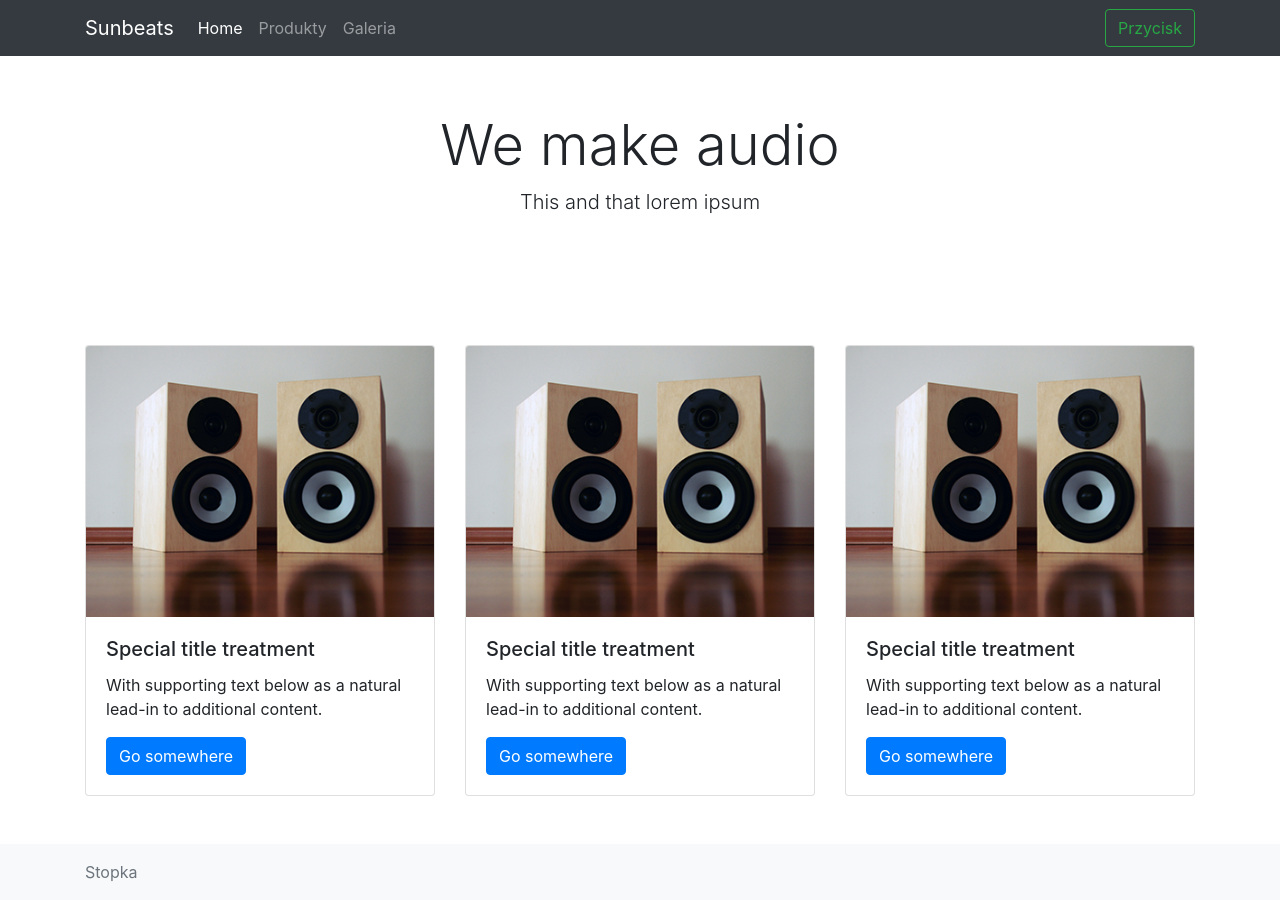
Repository: Audio-site/sunbeats
Page: index.html
An editor plug-in stored every save of this project. The page is shown before and after the next save, followed by the edit.
The browser window is 1280 px wide. The pictures show the whole page.

Above is the page before, as saved 2020-08-25 01:06:46.

After the next save:
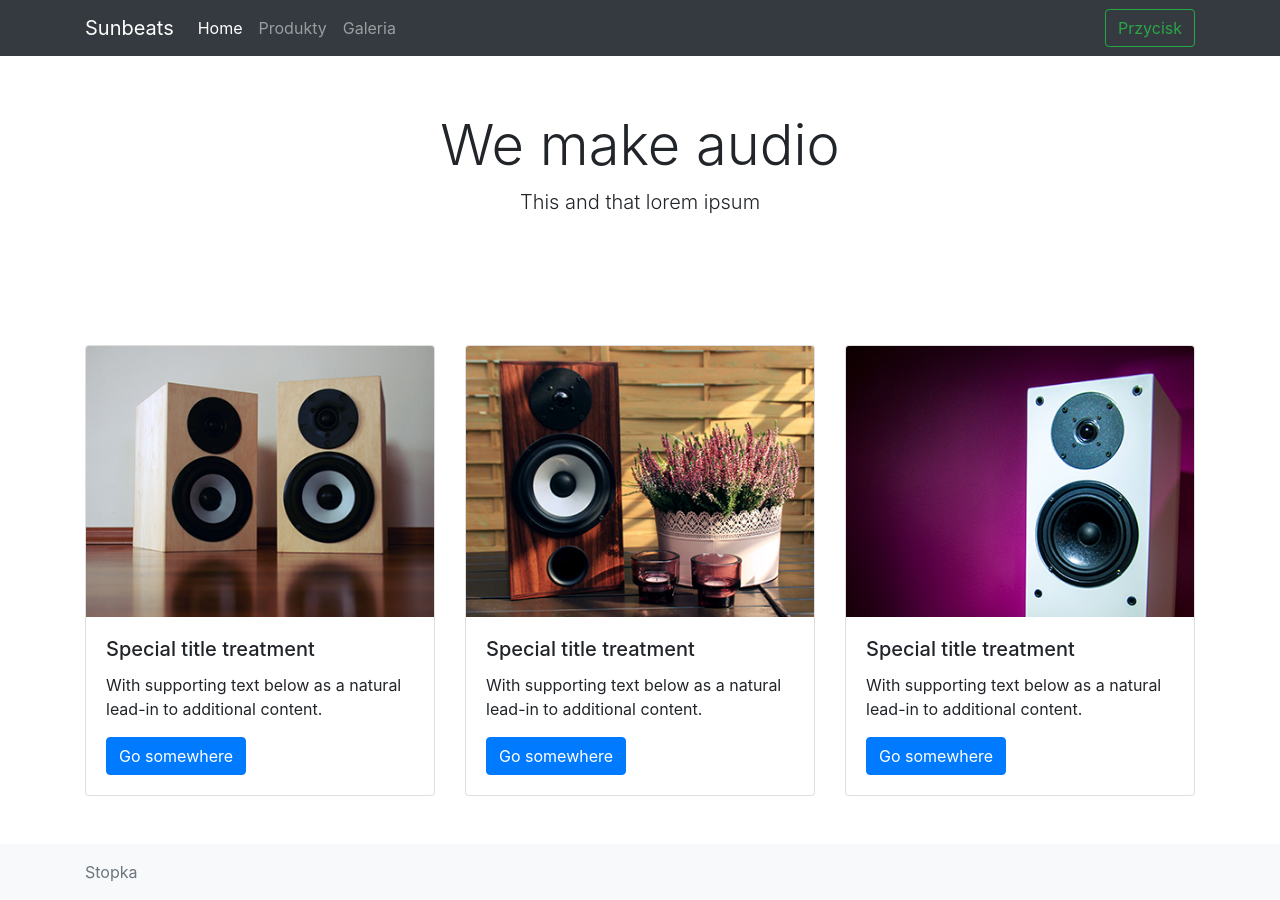
Saved 5 s later.
--- a/index.html
+++ b/index.html
@@ -69,7 +69,7 @@
           </div>
           <div class="col-sm-4">
             <div class="card">
-              <img src="../assets/img/a.jpg" class="card-img-top" alt="...">
+              <img src="../assets/img/b.jpg" class="card-img-top" alt="...">
               <div class="card-body">
                 <h5 class="card-title">Special title treatment</h5>
                 <p class="card-text">With supporting text below as a natural lead-in to additional content.</p>
@@ -79,7 +79,7 @@
           </div>
           <div class="col-sm-4">
             <div class="card">
-              <img src="../assets/img/a.jpg" class="card-img-top" alt="...">
+              <img src="../assets/img/c.jpg" class="card-img-top" alt="...">
               <div class="card-body">
                 <h5 class="card-title">Special title treatment</h5>
                 <p class="card-text">With supporting text below as a natural lead-in to additional content.</p>
